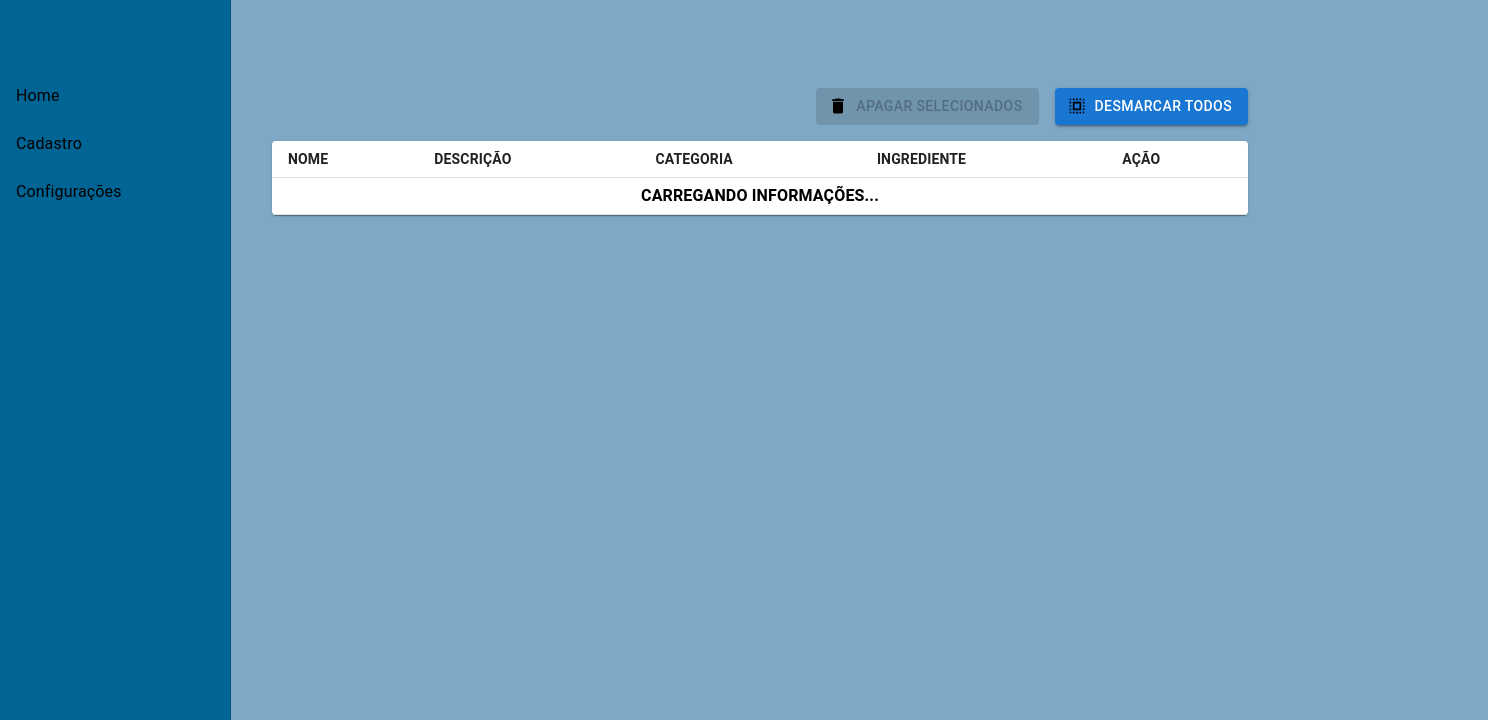
Repository: oZanella/projeto_windel_web_CRM
Page: /
These files come from the project's save history. The page is drawn as it stood at one moment and after a run of saves; the edit follows.
The browser window is 1280 px wide. The page is 1280 px wide, then 1488 px, then 1280 px, so the pictures cover 1488 px, including what lies to the right of the window. The pictures show the whole page.
The page's requests for data from a server got no answer. The project was rebuilt for these pictures with package versions that can differ from the ones it lists, and the page was loaded fresh each time. No one was signed in, and anything a server would have sent is missing. Also part of the build but not shown: vite.config.js, src/routes/Configuracoes.jsx. Imported but missing from the stored project, and not drawn on this page: src/routes/Cadastro.jsx.

Above is the page before, as saved 2024-08-19 08:45:04.

After the next 2 saves:
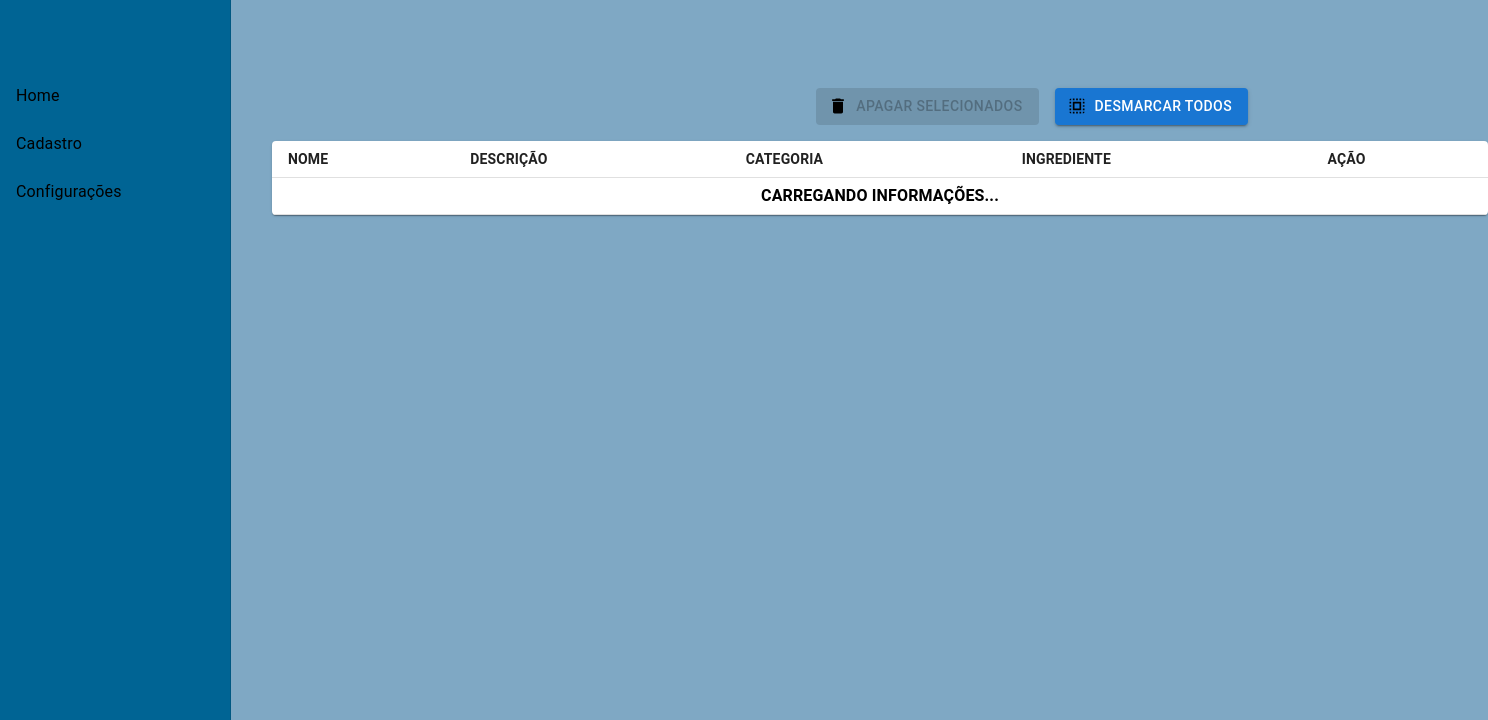
The 2 saves are shown as one change because they came seconds apart.
The last was saved 68 s later.
--- a/src/components/TableHome.jsx
+++ b/src/components/TableHome.jsx
@@ -119,7 +119,7 @@
       </Box>
 
       {/* Tabela aonde aparece os dados */}
-      <TableContainer component={Paper} sx={{ overflowX: 'auto', width: { xs: '100%', sm: 'calc(100% - 240px)' }, ml: { sm: '240px' } }}>
+      <TableContainer component={Paper} sx={{ overflowX: 'auto', width: { xs: '100%', sm: 'calc(100%)' }, ml: { sm: '240px' } }}>
         <Table size='small'>
           <TableHead>
             <TableRow>

After the save that followed:
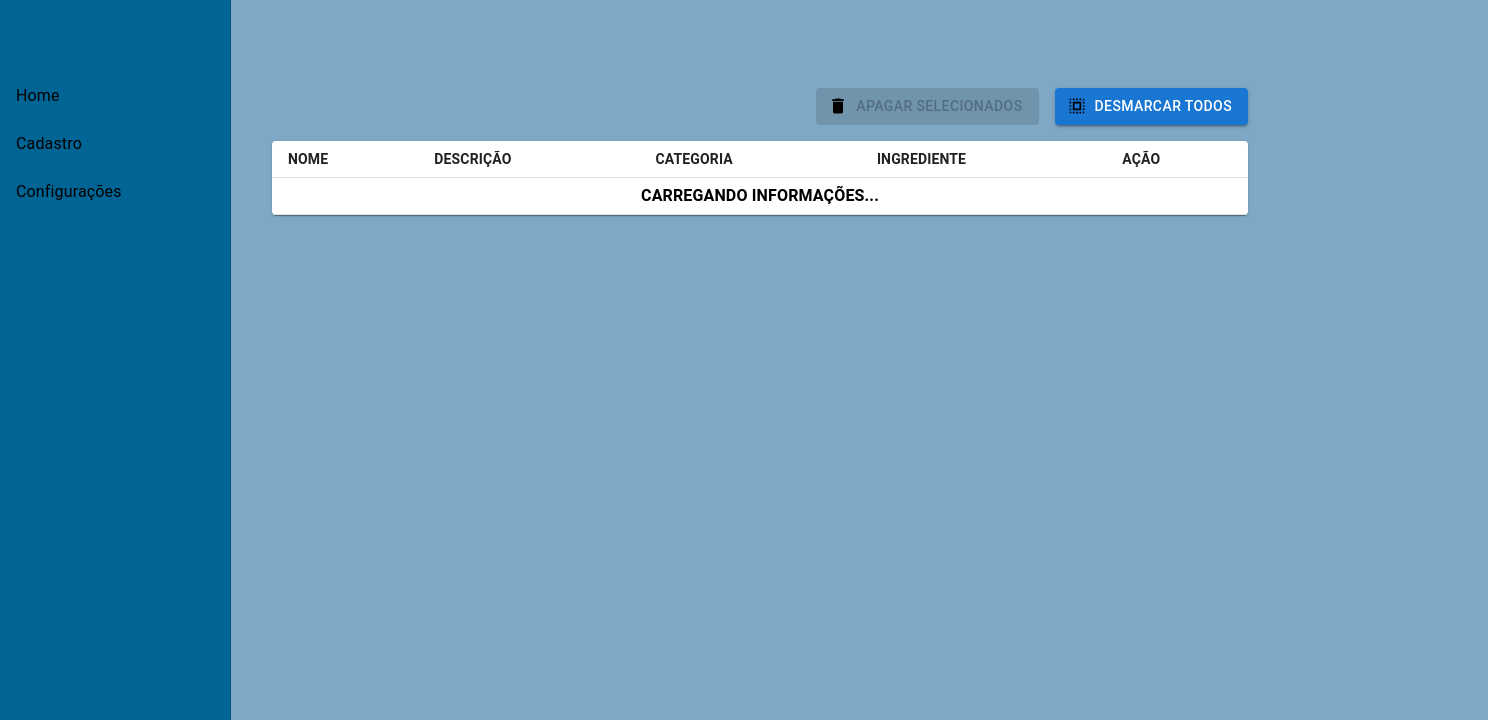
Saved 8 s later.
--- a/src/components/TableHome.jsx
+++ b/src/components/TableHome.jsx
@@ -119,7 +119,7 @@
       </Box>
 
       {/* Tabela aonde aparece os dados */}
-      <TableContainer component={Paper} sx={{ overflowX: 'auto', width: { xs: '100%', sm: 'calc(100%)' }, ml: { sm: '240px' } }}>
+      <TableContainer component={Paper} sx={{ overflowX: 'auto', width: { xs: '100%', sm: 'calc(100% - 240px)' }, ml: { sm: '240px' } }}>
         <Table size='small'>
           <TableHead>
             <TableRow>
